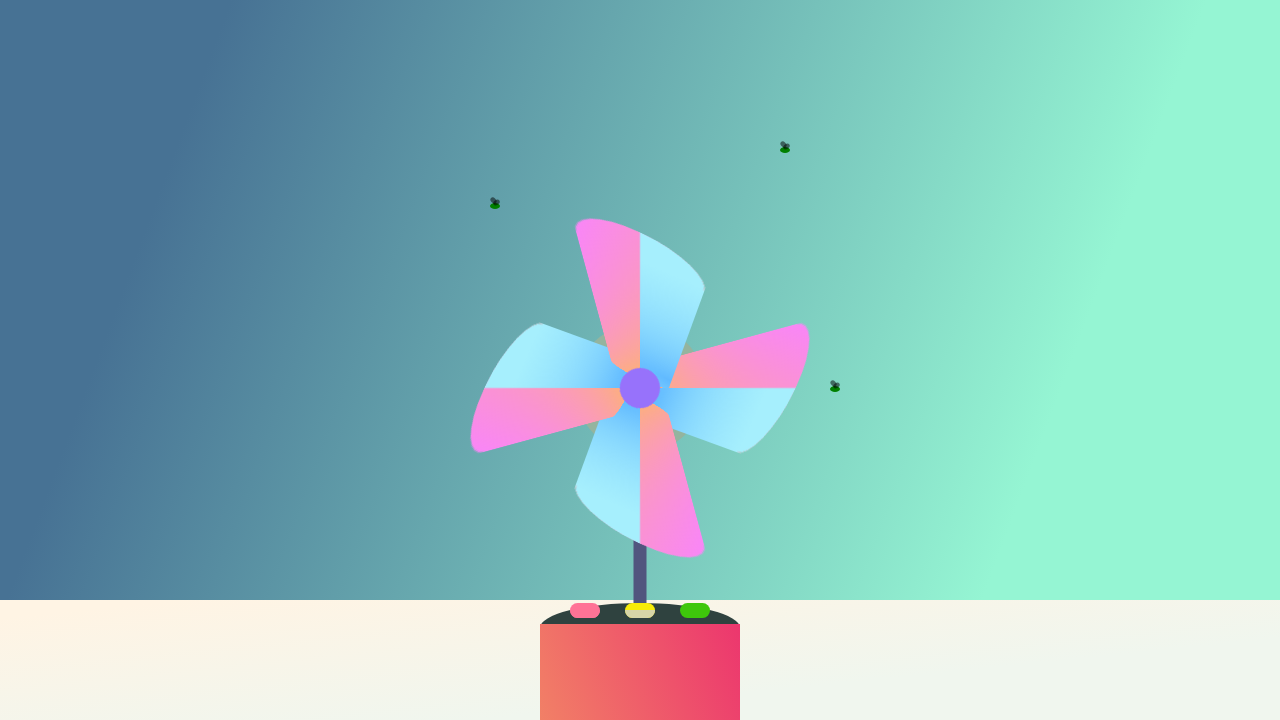
Repository: VuTuanAnh0949/CodeFan
Page: dsd.html
An editor plug-in stored every save of this project. The page is shown before and after the next save, followed by the edit.
The browser window is 1280 px wide. The pictures show the whole page.

Above is the page before, as saved 2022-06-22 12:49:39.

### dsd.html
<!DOCTYPE html>
<html lang="en">
<head>
    <meta charset="UTF-8">
    <meta http-equiv="X-UA-Compatible" content="IE=edge">
    <meta name="viewport" content="width=device-width, initial-scale=1.0">
    <title>Document</title>
    <link rel="stylesheet" href="style.css">
</head>
<body>
    <audio  autoplay>
        <source src="ChillTikTok.mp3" type="audio/mpeg">
      </audio>
    <div class="windows">
        <div class="window"></div>

    </div>
    <div class="fan">
        <div class="fan__root"> <span class="top"> <label class="green" for="engine"></label> <label class="yellow"
                    for="engine2"></label> <label class="pink" for="jack"></label> </span> <span class="bottom"></span>
        </div>
        <div class="fan__staddle"></div> <input type="checkbox" id="jack" hidden />
        <div class="head">
            <div class="fan__engine"> <span class="center"></span> </div> <input type="checkbox" id="engine" hidden
                checked />
            <div> <span class="fly"></span> <span class="fly"></span> <span class="fly"></span>
                <div class="fan__blades"> <input type="checkbox" id="engine2" hidden checked />
                    <div class="fan__blades">
                        <div class="center"></div>
                        <div class="blade"><span></span></div>
                        <div class="blade"><span></span></div>
                        <div class="blade"><span></span></div>
                        <div class="blade"><span></span></div>
                    </div>
                </div>
            </div>
        </div>
    </div>

</body>
</html>

### style.css
html {
    overflow: hidden;
}

body {
    overflow: hidden;
    margin: 0;
    padding: 0;
    background-image: linear-gradient( 110.5deg,  rgba(71,114,148,1) 14.9%, rgba(149,245,211,1) 77.9% );
    display: flex;
    justify-content: center;
    align-items: center;
    width: 100vw;
    height: 100vh;
    position: relative;
}
audio{
    z-index: 10;
   padding-right:100px;
    margin-right: 40px;
}
body::after {
    position: absolute;
    width: 100%;
    content: "";
    height: calc(100% - 600px);
    z-index: 0;
    background-image: linear-gradient( 174.2deg,  rgba(255,244,228,1) 7.1%, rgba(240,246,238,1) 67.4% );
    bottom: 0;
}
@keyframes spin {
    from {
        transform: rotate(0deg);
    }

    to {
        transform: rotate(360deg);
    }
}

@keyframes off {
    to {
        transform: rotate(380deg);
    }
}

@keyframes off2 {
    to {
        transform: rotate(880deg);
    }
}

@keyframes fly {
    to {
        margin-top: 50px;
    }
}

span {
    display: block;
}

.windows {
    width: 100vw;
    height: 100vh;
    position: absolute;
    z-index: 0;
    top: 0;
    left: 0;
    display: flex;
    align-content: flex-start;
}


.fly {
    transition: 0.5s all cubic-bezier(0.04, 0.06, 0, 1.18), 1s transform;
    width: 10px;
    height: 6px;
    background: green;
    border-radius: 50%;
    position: absolute;
    animation: fly 5s alternate infinite ease-in-out;
}

.fly:nth-of-type(1) {
    top: -78px;
    left: -200px;
}

.fly:nth-of-type(2) {
    transform: translateY(-10px);
    animation-delay: 4s;
    top: 5px;
    right: -250px;
}

.fly:nth-of-type(3) {
    transform: translateY(0px);
    top: 400px;
    animation-delay: 2s;
    right: -400px;
}

.fly::after,
.fly::before {
    content: "";
    position: absolute;
    width: 7px;
    height: 5px;
    background-color: rgba(0, 0, 0, 0.5);
    display: block;
    border-radius: 50%;
}

.fly::before {
    bottom: 4px;
    transform: rotate(325deg);
    left: 3px;
}

.fly::after {
    transform: rotate(45deg);
    bottom: 6px;
}

.fan {
    width: 500px;
    height: 500px;
    position: relative;
    z-index: 1;
    margin-top: 75px;
    perspective: 500px;
    magrin-right: 1000px;
}

.fan::after {
    content: "";
    display: block;
    position: absolute;
    height: 500px;
    width: 200px;
    background-image: linear-gradient( 68.3deg,  rgba(245,177,97,1) 0.4%, rgba(236,54,110,1) 100.2% );
    top: calc(100% - 24px);
    left: calc(50% - 100px);

}

.fan__root {
    width: 200px;
    position: absolute;
    bottom: 0;
    left: 50%;
    transform: translateX(-50%);
}

.fan__root .top {
    overflow: hidden;
    width: 200px;
    height: 25px;
    position: relative;
}

.fan__root .top::after {
    content: "";
    display: block;
    width: 200px;
    height: 50px;
    background: #2f423f;
    border-radius: 50%;
}

.fan__root .top .green {
    position: absolute;
    width: 30px;
    height: 15px;
    border-radius: 15px;
    display: block;
    right: 30px;
    background: #3EC70B;
    cursor: pointer;
    overflow: hidden;
}

.fan__root .top .yellow {
    position: absolute;
    width: 30px;
    height: 15px;
    border-radius: 15px;
    display: block;
    right: 85px;
    background: #F7EC09;
    cursor: pointer;
    overflow: hidden;
}

.fan__root .top .yellow::after {
    content: "";
    display: block;
    width: 100%;
    height: 50%;
    position: absolute;
    bottom: 0;
    background: #F7EC09;
}

.fan__root .top .yellow::after {
    content: "";
    display: block;
    width: 100%;
    height: 50%;
    position: #F7EC09;
    bottom: 0;
    background: #D6D5A8;
}

.fan__root .top .pink {
    position: absolute;
    cursor: pointer;
    width: 30px;
    height: 15px;
    border-radius: 15px;
    display: block;
    left: 30px;
    background: #FF7396;
    overflow: hidden;
}

.fan__root .top .pink::after {
    content: "";
    display: block;
    width: 100%;
    height: 50%;
    position: absolute;
    bottom: 0;
    background: #FF7396;
}

.fan__root .bottom {
    overflow: hidden;
    width: 500px;
    height: 20px;
}

.fan__root .bottom::after {
    content: "";
    display: block;
    width: 200px;
    height: 40px;
    background: #2f423f;
    border-radius: 18%;
    transform: translateY(-30px);
}

.fan__staddle {
    position: absolute;
    bottom: 45px;
    background: #51557E;
    height: 270px;
    width: 13px;
    left: 50%;
    transform: translateX(-50%);
}

.fan__engine {
    position: absolute;
    bottom: 0px;
    width: 130px;
    height: 130px;
    background: #94B49F;
    border-radius: 50%;
    left: 50%;
    transform: translateX(-50%);
}

.fan__engine::after {
    content: "";
    background: red;
    display: block;
    width: 25px;
    height: 50px;
    position: absolute;
    top: 105px;
    left: 50%;
    transform: translateX(-50%);
    border-radius: 0 0 5px 5px;
}

.fan__blades {
    width: 230px;
    height: 230px;
    position: absolute;
    bottom: -50px;
    transition: 2s;
    transform-origin: center center;
    left: calc(50% - 115px);
    z-index: 1;
    animation: spin infinite 0.38s linear forwards;
}

.fan__blades .fan__blades {
    bottom: 0;
    animation: spin infinite 0.5s linear forwards;
}

.fan__blades .blade {
    position: absolute;
    width: 80px;
    height: 100%;
    left: 50%;
    transform: translateX(-50%) skewY(25deg);
    perspective: 500px;
    transform-style: preserve-3d;
}

.fan__blades .blade:nth-child(2) {
    transform: translateX(-50%) rotate(90deg) skewY(25deg);
}

.fan__blades .blade:nth-child(3) {
    transform: translateX(-50%) rotate(180deg) skewY(25deg);
}

.fan__blades .blade:nth-child(4) {
    transform: translateX(-50%) rotate(270deg) skewY(25deg);
}

.fan__blades .blade span {
    width: 100%;
    height: 200%;
    border-radius: 44px;
    background-image: linear-gradient( 102.4deg,  rgba(253,189,85,1) 7.8%, rgba(249,131,255,1) 100.3% );;
    position: absolute;
    top: -66px;
    display: block;
    transform-style: preserve-3d;
    transform: rotateX(81deg);
    overflow: hidden;
}

.fan__blades .blade span::after {
    width: 50%;
    height: 100%;
    content: "";
    display: block;
    background-image: radial-gradient( circle farthest-corner at 10% 20%,  rgba(97,186,255,1) 0%, rgba(166,239,253,1) 90.1% );
    transform: rotate(0deg);
}

.fan__blades .center {
    position: absolute;
    overflow: hidden;
    width: 40px;
    height: 40px;
    border-radius: 50%;
    left: 50%;
    top: 50%;
    transform: translate(-50%, -50%) rotate(45deg);
    background: #9772FB;
    z-index: 2;
}

.fan__blades .center::after {
    display: block;
    content: "";
    width: 40px;
    height: 20px;
    background: #9772FB;
}

.head {
    transition: 1s transform;
    height: auto;
    width: auto;
    position: absolute;
    width: 300px;
    height: 300px;
    bottom: 195px;
    left: calc(50% - 150px);
    /* transform: translateX(-50%); */
}

#engine:checked+div>div {
    animation: off2 1s ease-out forwards;
}

#engine:checked+div>span:nth-child(1) {
    transition: 5s all ease-in-out, 1s transform;
    left: 0px;
    top: 0px;
}

#engine:checked+div>span:nth-child(2) {
    transition: 5s all ease-in-out, 1s transform;
    right: 0px;
    top: 0px;
}

#engine:checked+div>span:nth-child(3) {
    transition: 7s all ease-in-out, 1s transform;
    right: -50px;
    top: 200px;
}

#engine2:checked+div {
    animation: off 1s ease-out forwards;
}

#jack:checked+div {
    transform: translateY(-115px);
}

#jack:checked+div>div:nth-child(3)>span {
    transform: translateY(115px);
}

After the next save:
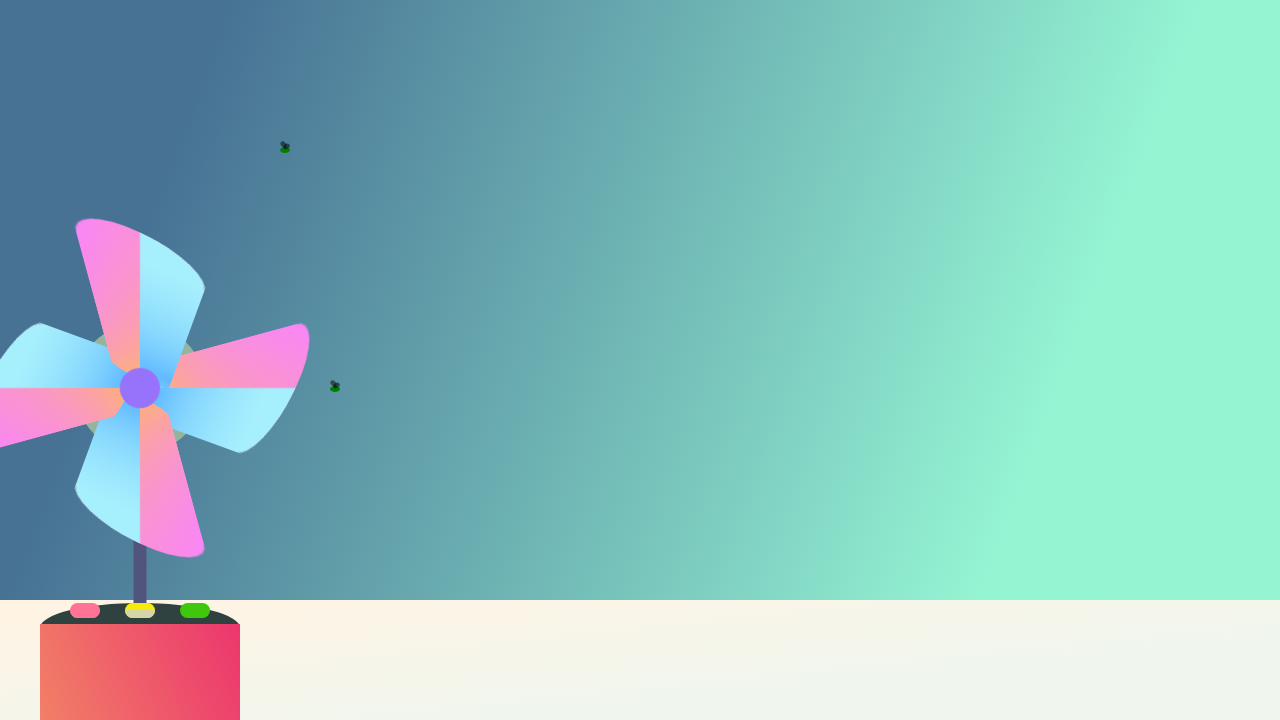
Saved 8 s later.
--- a/style.css
+++ b/style.css
@@ -130,7 +130,7 @@
     z-index: 1;
     margin-top: 75px;
     perspective: 500px;
-    magrin-right: 1000px;
+    margin-right: 1000px;
 }
 
 .fan::after {
